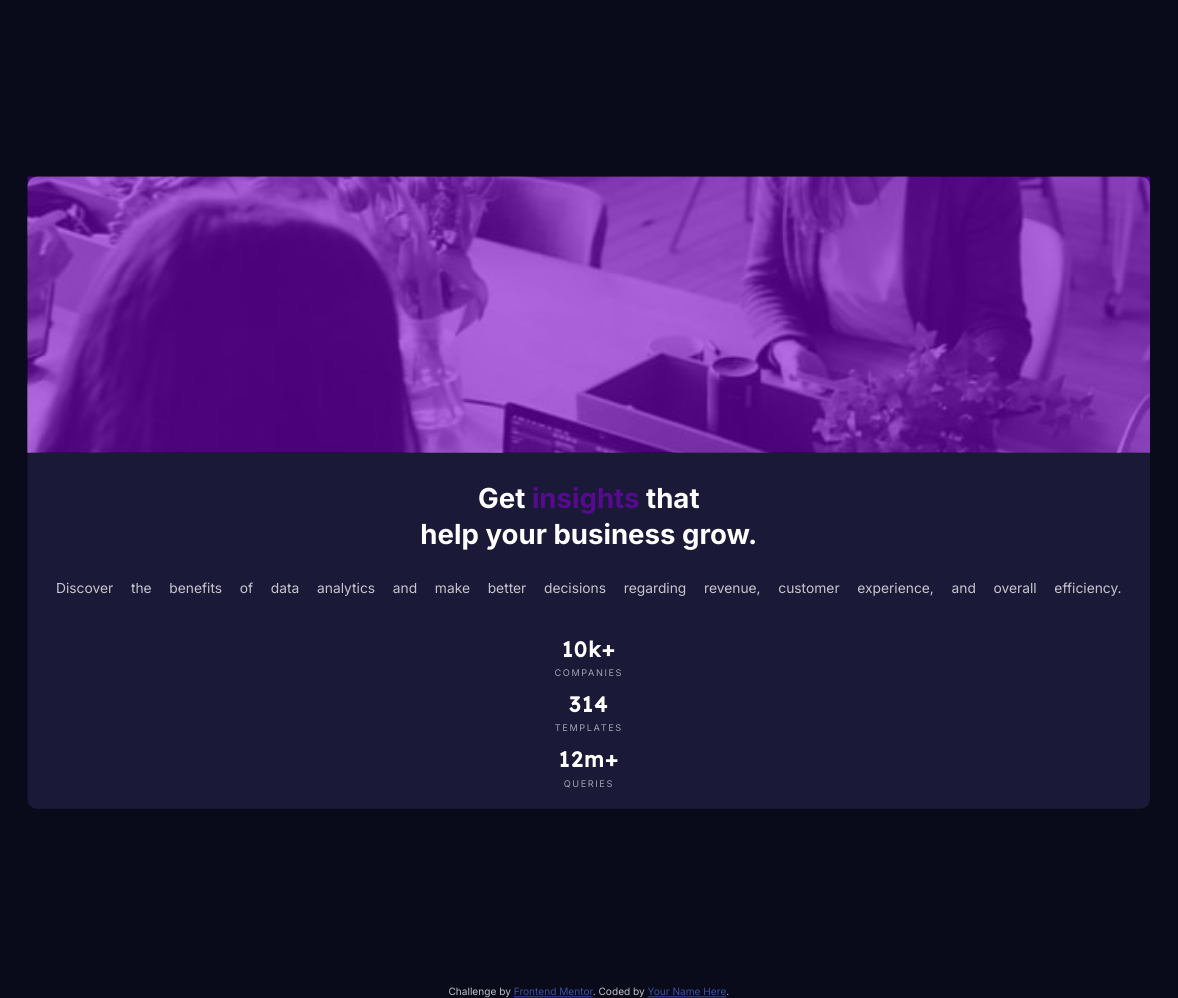
Repository: DejV44/stats-preview-card-component-main
Page: index.html
The author's editor kept a copy of each file at every save. The page is drawn from the files as they stood at one save, then again after the next save.
The browser window is 1280 px wide. The pictures show the whole page, at 92% of full size.
The style sheet was rebuilt from its Sass, Less or Tailwind sources for each picture, by a compiler version that may differ from the author's.

Above is the page before, as saved 2021-07-05 23:04:32.

### index.html
<!DOCTYPE html>
<html lang="en">
<head>
  <meta charset="UTF-8">
  <meta name="viewport" content="width=device-width, initial-scale=1.0"> <!-- displays site properly based on user's device -->

  <link rel="icon" type="image/png" sizes="32x32" href="./images/favicon-32x32.png">
  <link rel="stylesheet" href="/css/style.css">


  <title>Frontend Mentor | Stats preview card component</title>
</head>
<body>
  <div class="container">
    <div class="picture">
      <div class="overlay"></div>
    </div>
    <div class="card">
      <h1>Get <span>insights</span> that <br>help your business grow.</h1>

      <p>Discover the benefits of data analytics and make better decisions regarding revenue, customer
      experience, and overall efficiency.</p>

      <ul>
        <li><span>10k+</span> companies</li>
        <li><span>314</span> templates</li>
        <li><span>12m+</span> queries</li>
      </ul>
    </div>
  </div>


  <div class="attribution">
    Challenge by <a href="https://www.frontendmentor.io?ref=challenge" target="_blank">Frontend Mentor</a>.
    Coded by <a href="#">Your Name Here</a>.
  </div>
</body>
</html>

### css/style.scss
$mainBackground: hsl(233, 47%, 7%);
$cardBackground: hsl(244, 38%, 16%);
$accent: hsla(277, 100%, 40%, 0.589);

$mainHeading: hsl(0, 0%, 100%);
$mainParagraph: hsla(0, 0%, 100%, 0.75);
$statHeadings: hsla(0, 0%, 100%, 0.6);

@import url("https://fonts.googleapis.com/css2?family=Inter:wght@400;700&display=swap");

@import url("https://fonts.googleapis.com/css2?family=Lexend+Deca&display=swap");

* {
  margin: 0;
  padding: 0;
  box-sizing: border-box;
}

body {
  font-family: "Inter", sans-serif;
  font-size: 15px;
  background-color: $mainBackground;

  .container {
    margin: 15% 30px;
    border-radius: 10px;
    .picture {

      border-radius: 10px 10px 0 0;
      background: url("/images/image-header-mobile.jpg");
      background-position: center;
      background-size: cover;
      background-repeat: no-repeat;
      height: 300px;

      .overlay {
        background-color: $accent;
        background-size: cover;
        height: 300px;
      }
    }

    .card {
        border-radius: 0 0 10px 10px;
        background: $cardBackground;
        text-align: center;

        h1 {
            margin: 0 auto;
            padding: 30px 25px;
            color: $mainHeading;
            text-align: center;
            line-height: 1.3;
            span {
                color: $accent;
                line-height: 1.3;
            }
        }
        p {
          color: $mainParagraph;
          padding: 0 20px 20px 20px;
          margin-bottom: 15px;
          word-spacing: 15px;
        }

        ul {
          padding-bottom: 15px;
          font-size: 10px;
          letter-spacing: 1.7px;
          color: $statHeadings;
          li {
            list-style: none;
            text-transform: uppercase;
            padding: 7px 0;


            span {
              padding-bottom: 5px;
              display: block;
              text-transform: lowercase;
              font-family: "lexend Deca" ,sans-serif;
              font-weight: 700;
              font-size: 23px;
              color: $mainHeading;
            }
          }
        }
    }
  }

  .attribution {
    font-size: 11px;
    text-align: center;
    color: $mainParagraph;

    a {
      color: hsl(228, 45%, 44%);
    }
  }
}

@media (min-width:768px) {

}

After the next save:
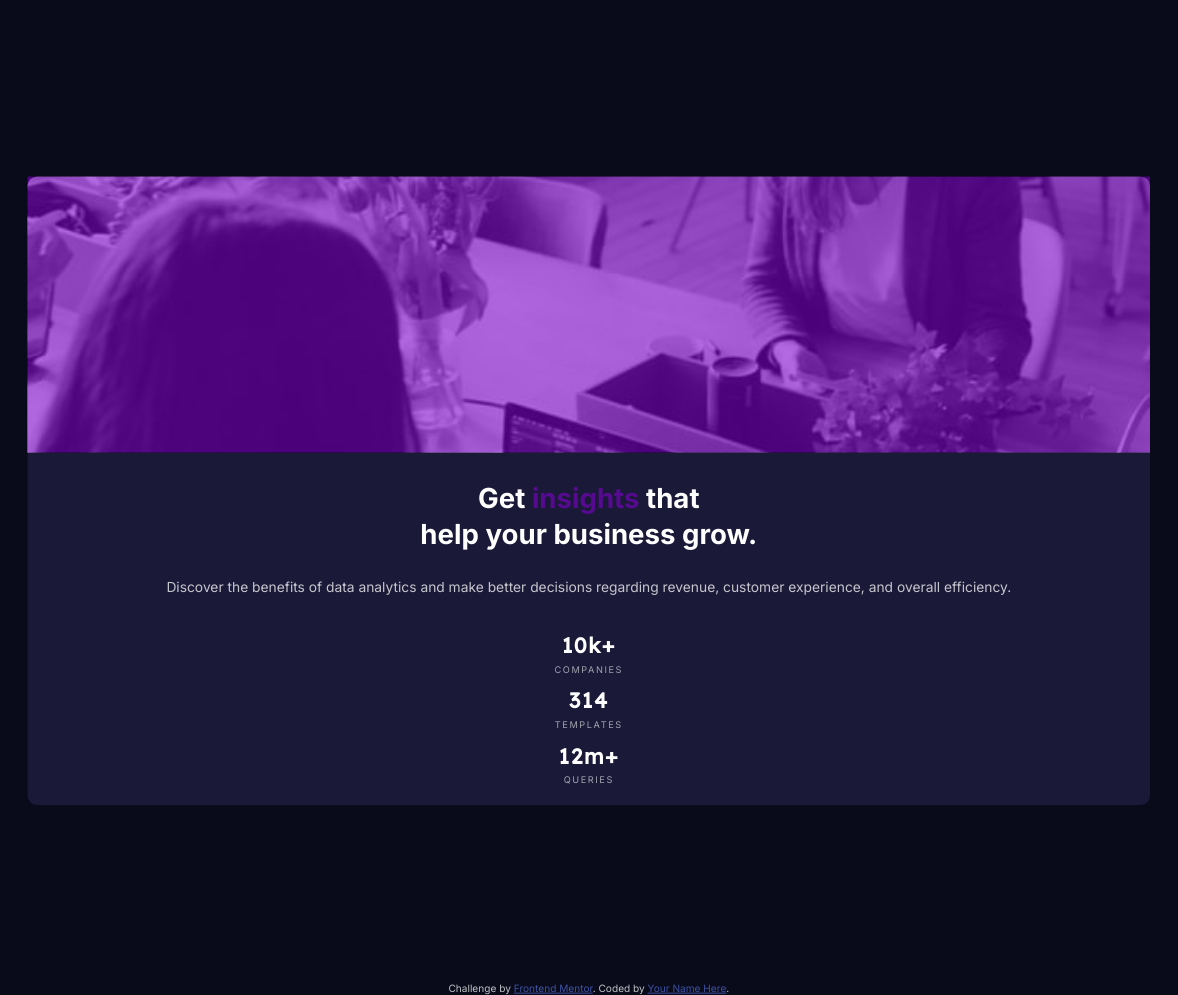
Saved 48 s later.
--- a/css/style.scss
+++ b/css/style.scss
@@ -60,7 +60,7 @@ body {
           color: $mainParagraph;
           padding: 0 20px 20px 20px;
           margin-bottom: 15px;
-          word-spacing: 15px;
+          line-height: 15px;
         }
 
         ul {
